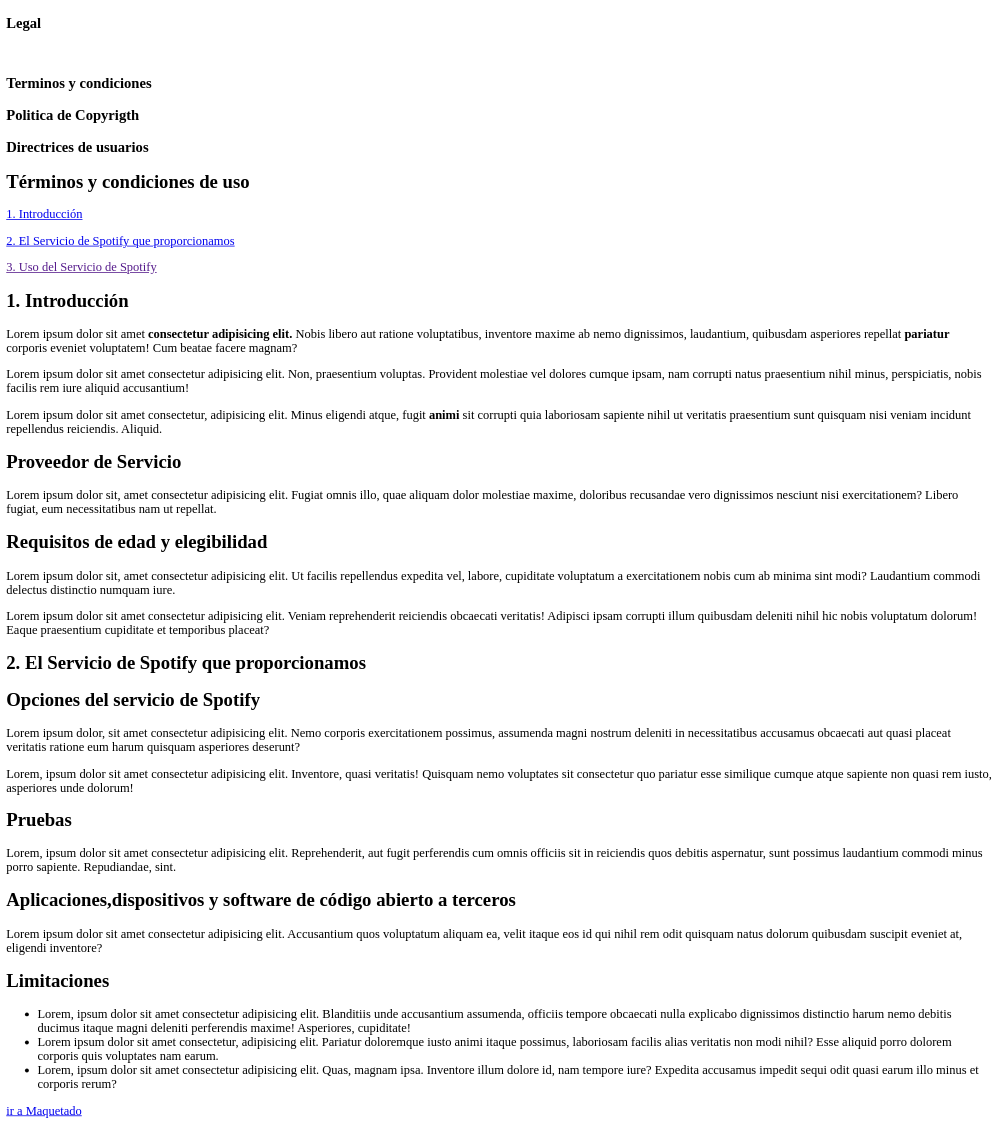
Repository: Devbenitez/Gen_30
Page: Gen_30/Maquetado/practicas/index.html
The author's editor kept a copy of each file at every save. The page is drawn from the files as they stood at one save, then again after the next save.
The browser window is 1280 px wide. The pictures show the whole page, at 78% of full size.

Above is the page before, as saved 2023-11-07 23:41:59.

### Gen_30/Maquetado/practicas/index.html
<!DOCTYPE html>
<html lang="es">
    <meta charset="UTF-8" />
    <meta name="descripción" content="=practica1"/>
    <meta name="author" content="danielbenitez" />
<head>
<title>Practica spotify</title>
</head>
<body>
<main>
<h3><b>Legal</b></h3><br />
<h3>Terminos y condiciones</h3>
<h3>Politica de Copyrigth</h3>
<h3>Directrices de usuarios</h3>
</main>
<section>
    <h1>Términos y condiciones de uso</h1>
</section>
<section>
    <p><a href="#Introducción">1. Introducción</a></p>
    <p><a href="#servicio de spotify">2. El Servicio de Spotify que proporcionamos</a></p>
    <p><a href="">3. Uso del Servicio de Spotify</a></p>
</section>
<section id="Introducción">
    <h1>1. Introducción</h1>
    <p>
        Lorem ipsum dolor sit amet <b>consectetur adipisicing elit.</b> Nobis libero aut ratione voluptatibus, inventore maxime ab nemo dignissimos, laudantium, quibusdam asperiores repellat <b>pariatur</b> corporis eveniet voluptatem! Cum beatae facere magnam?
    </p>
    <p>
        Lorem ipsum dolor sit amet consectetur adipisicing elit. Non, praesentium voluptas. Provident molestiae vel dolores cumque ipsam, nam corrupti natus praesentium nihil minus, perspiciatis, nobis facilis rem iure aliquid accusantium!
    </p>
    <p>
        Lorem ipsum dolor sit amet consectetur, adipisicing elit. Minus eligendi atque, fugit <b>animi</b> sit corrupti quia laboriosam sapiente nihil ut veritatis praesentium sunt quisquam nisi veniam incidunt repellendus reiciendis. Aliquid.
    </p>
    <h2>Proveedor de Servicio</h2>
    <p>
        Lorem ipsum dolor sit, amet consectetur adipisicing elit. Fugiat omnis illo, quae aliquam dolor molestiae maxime, doloribus recusandae vero dignissimos nesciunt nisi exercitationem? Libero fugiat, eum necessitatibus nam ut repellat.
    </p>
    <h2>Requisitos de edad y elegibilidad</h2>
    <p>
        Lorem ipsum dolor sit, amet consectetur adipisicing elit. Ut facilis repellendus expedita vel, labore, cupiditate voluptatum a exercitationem nobis cum ab minima sint modi? Laudantium commodi delectus distinctio numquam iure.
    </p>
    <p>
        Lorem ipsum dolor sit amet consectetur adipisicing elit. Veniam reprehenderit reiciendis obcaecati veritatis! Adipisci ipsam corrupti illum quibusdam deleniti nihil hic nobis voluptatum dolorum! Eaque praesentium cupiditate et temporibus placeat?
    </p>
</section>
<section id="servicio de spotify">
    <h1>2. El Servicio de Spotify que proporcionamos</h1>
    <h2>Opciones del servicio de Spotify</h2>
    <p>
        Lorem ipsum dolor, sit amet consectetur adipisicing elit. Nemo corporis exercitationem possimus, assumenda magni nostrum deleniti in necessitatibus accusamus obcaecati aut quasi placeat veritatis ratione eum harum quisquam asperiores deserunt?
    </p>
    <p>
        Lorem, ipsum dolor sit amet consectetur adipisicing elit. Inventore, quasi veritatis! Quisquam nemo voluptates sit consectetur quo pariatur esse similique cumque atque sapiente non quasi rem iusto, asperiores unde dolorum!
    </p>
    <h2>Pruebas</h2>
    <p>
        Lorem, ipsum dolor sit amet consectetur adipisicing elit. Reprehenderit, aut fugit perferendis cum omnis officiis sit in reiciendis quos debitis aspernatur, sunt possimus laudantium commodi minus porro sapiente. Repudiandae, sint.
    </p>
    <h2>Aplicaciones,dispositivos y software de código abierto a terceros</h2>
    <p>
        Lorem ipsum dolor sit amet consectetur adipisicing elit. Accusantium quos voluptatum aliquam ea, velit itaque eos id qui nihil rem odit quisquam natus dolorum quibusdam suscipit eveniet at, eligendi inventore?
    </p>
    <h2>Limitaciones</h2>
    <ul>
        <li>
            Lorem, ipsum dolor sit amet consectetur adipisicing elit. Blanditiis unde accusantium assumenda, officiis tempore obcaecati nulla explicabo dignissimos distinctio harum nemo debitis ducimus itaque magni deleniti perferendis maxime! Asperiores, cupiditate!
        </li>
        <li>
            Lorem ipsum dolor sit amet consectetur, adipisicing elit. Pariatur doloremque iusto animi itaque possimus, laboriosam facilis alias veritatis non modi nihil? Esse aliquid porro dolorem corporis quis voluptates nam earum.
        </li>
        <li>
            Lorem, ipsum dolor sit amet consectetur adipisicing elit. Quas, magnam ipsa. Inventore illum dolore id, nam tempore iure? Expedita accusamus impedit sequi odit quasi earum illo minus et corporis rerum?
        </li>
    </ul>
</section>

<a href="../../Maquetado/">ir a Maquetado</a>
</body>
</html>

After the next save:
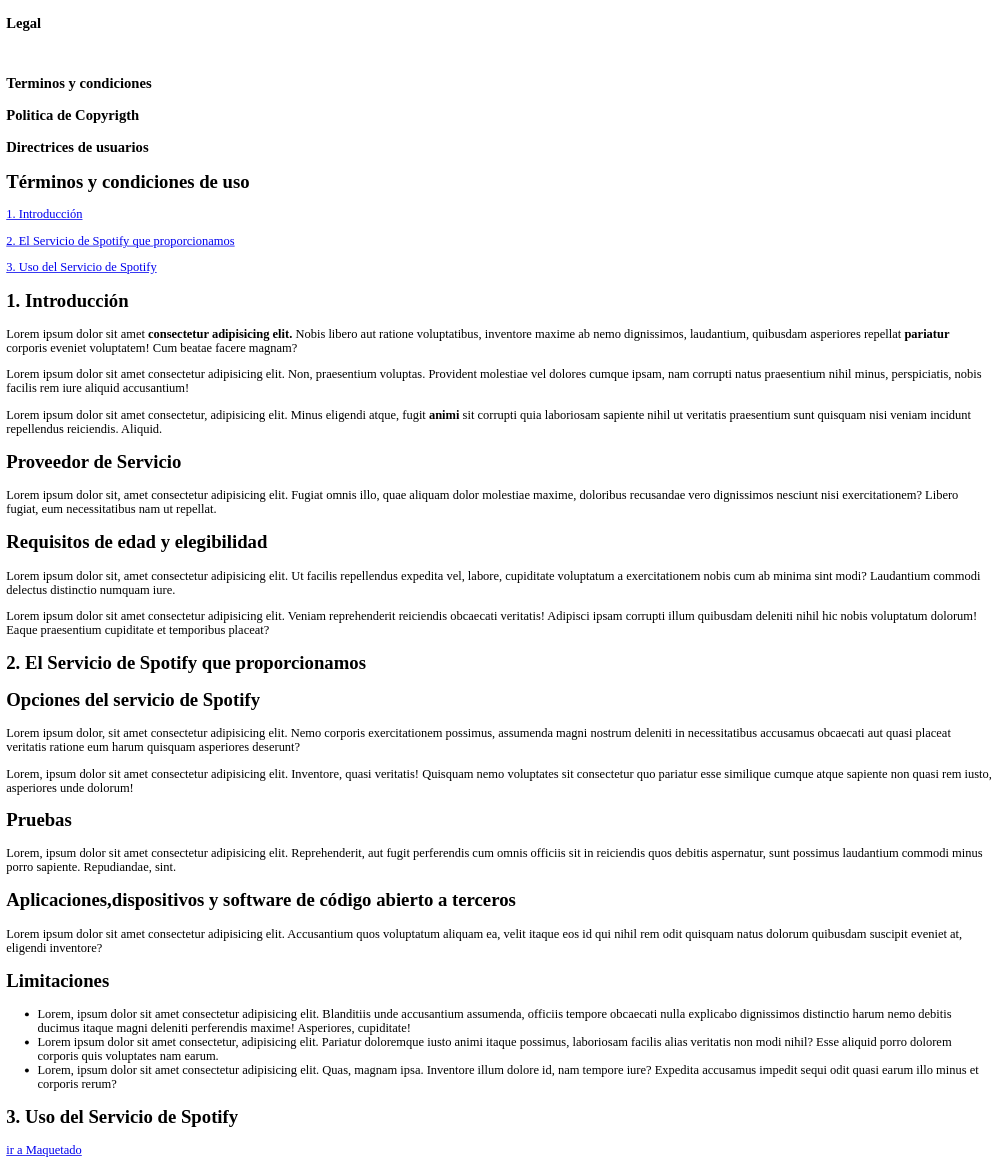
Saved 72 s later.
--- a/Gen_30/Maquetado/practicas/index.html
+++ b/Gen_30/Maquetado/practicas/index.html
@@ -19,7 +19,7 @@
 <section>
     <p><a href="#Introducción">1. Introducción</a></p>
     <p><a href="#servicio de spotify">2. El Servicio de Spotify que proporcionamos</a></p>
-    <p><a href="">3. Uso del Servicio de Spotify</a></p>
+    <p><a href="#Uso del Servicio de Spotify">3. Uso del Servicio de Spotify</a></p>
 </section>
 <section id="Introducción">
     <h1>1. Introducción</h1>
@@ -74,6 +74,9 @@
         </li>
     </ul>
 </section>
+<section id="Uso del Servicio de Spotify">
+    <h1>3. Uso del Servicio de Spotify</h1>
+</section>
 
 <a href="../../Maquetado/">ir a Maquetado</a>
 </body>
